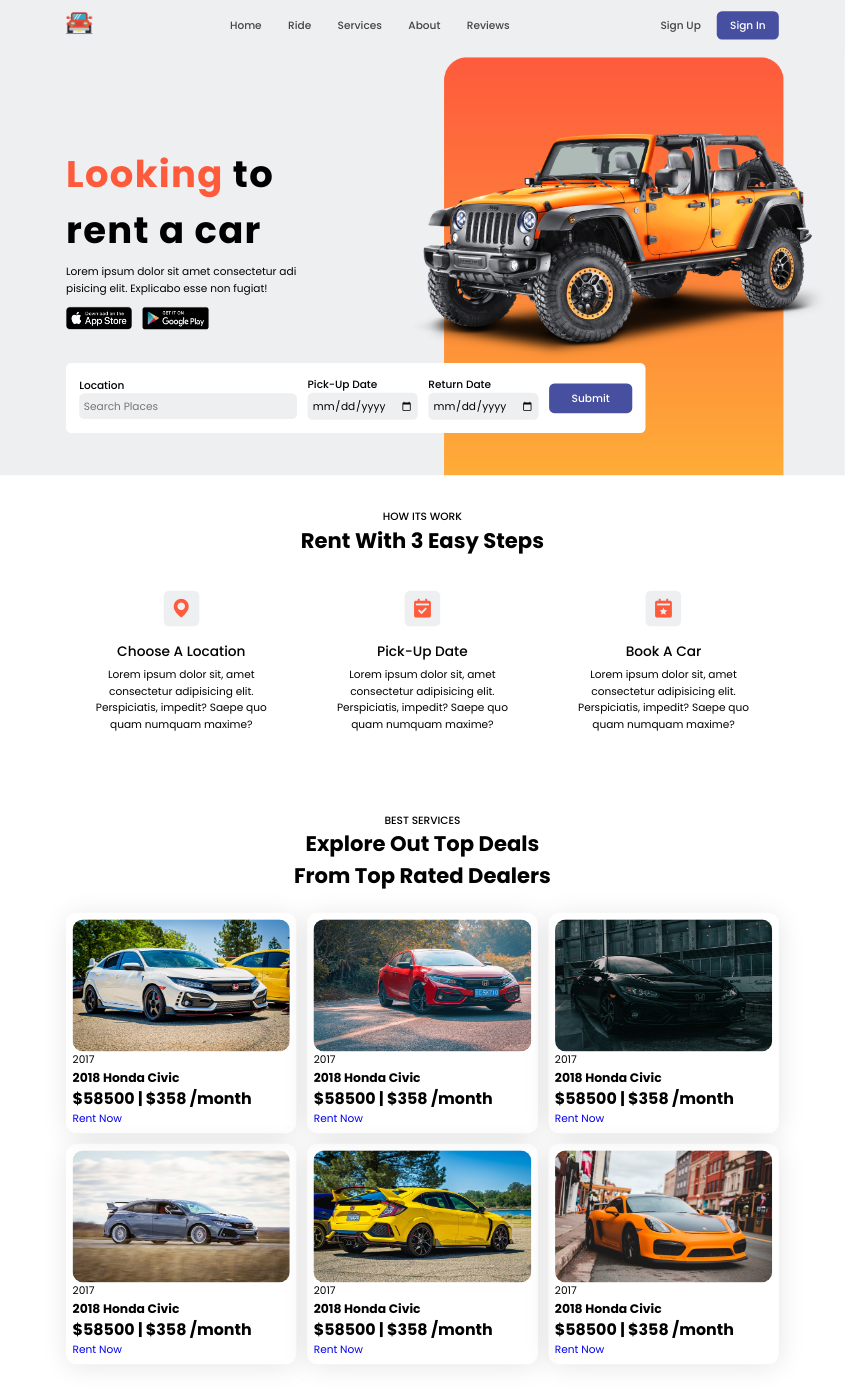
Repository: douglasabnovato/car-rental
Page: index.html
These files come from the project's save history. The page is drawn as it stood at one moment and after the next save; the edit follows.
The browser window is 1280 px wide. The pictures show the whole page, at 66% of full size.

Above is the page before, as saved 2025-05-16 15:11:24.

### index.html
<!DOCTYPE html>
<html lang="en">
  <head>
    <meta charset="UTF-8" />
    <meta name="viewport" content="width=device-width, initial-scale=1.0" />
    <title>Car Rental</title>
    <link
      rel="stylesheet"
      href="https://cdn.jsdelivr.net/npm/boxicons@latest/css/boxicons.min.css"
    />
    <link rel="stylesheet" href="./style.css" />
  </head>
  <body>
    <!-- Header -->
    <header>
      <a href="#" class="logo"
        ><img src="./assets/jeep.png" alt="logo da car rental" srcset=""
      /></a>
      <div class="bx bx-menu" id="menu-icon"></div>
      <ul class="navbar">
        <li><a href="#home">Home</a></li>
        <li><a href="#ride">Ride</a></li>
        <li><a href="#services">Services</a></li>
        <li><a href="#about">About</a></li>
        <li><a href="#reviews">Reviews</a></li>
      </ul>
      <div class="header-btn">
        <a href="#" class="sign-up">Sign Up</a>
        <a href="#" class="sign-in">Sign In</a>
      </div>
    </header>

    <!-- Home -->
    <section class="home" id="home">
      <div class="text">
        <h1>
          <span>Looking</span> to <br />
          rent a car
        </h1>
        <p>
          Lorem ipsum dolor sit amet consectetur adi <br />
          pisicing elit. Explicabo esse non fugiat!
        </p>
        <div class="app-stores">
          <img src="./assets/ios.png" alt="" />
          <img src="./assets/play.png" alt="" />
        </div>
      </div>
      <div class="form-container">
        <form action="">
          <div class="input-box">
            <span>Location</span>
            <input type="search" name="" id="" placeholder="Search Places" />
          </div>
          <div class="input-box">
            <span>Pick-Up Date</span>
            <input type="date" name="" id="" />
          </div>
          <div class="input-box">
            <span>Return Date</span>
            <input type="date" name="" id="" />
          </div>
          <input type="submit" name="" id="" class="btn" />
        </form>
      </div>
    </section>

    <!-- Ride -->
    <section class="ride" id="ride">
      <div class="heading">
        <span>How Its Work</span>
        <h1>Rent With 3 Easy Steps</h1>
      </div>
      <div class="ride-container">
        <div class="box">
          <i class="bx bxs-map"></i>
          <h2>Choose A Location</h2>
          <p>
            Lorem ipsum dolor sit, amet consectetur adipisicing elit.
            Perspiciatis, impedit? Saepe quo quam numquam maxime?
          </p>
        </div>
        <div class="box">
          <i class="bx bxs-calendar-check"></i>
          <h2>Pick-Up Date</h2>
          <p>
            Lorem ipsum dolor sit, amet consectetur adipisicing elit.
            Perspiciatis, impedit? Saepe quo quam numquam maxime?
          </p>
        </div>
        <div class="box">
          <i class="bx bxs-calendar-star"></i>
          <h2>Book A Car</h2>
          <p>
            Lorem ipsum dolor sit, amet consectetur adipisicing elit.
            Perspiciatis, impedit? Saepe quo quam numquam maxime?
          </p>
        </div>
      </div>
    </section>

    <!-- Services -->
    <section class="services" id="services">
      <div class="heading">
        <span>Best Services</span>
        <h1>
          Explore Out Top Deals <br />
          From Top Rated Dealers
        </h1>
      </div>
      <div class="services-container">
        <div class="box">
          <div class="box-img">
            <img src="./assets/car1.jpg" alt="car1" />
          </div>
          <p>2017</p>
          <h3>2018 Honda Civic</h3>
          <h2>$58500 | $358 <span> /month</span></h2>
          <a href="#" class="btn">Rent Now</a>
        </div>

        <div class="box">
          <div class="box-img">
            <img src="./assets/car2.jpg" alt="car1" />
          </div>
          <p>2017</p>
          <h3>2018 Honda Civic</h3>
          <h2>$58500 | $358 <span> /month</span></h2>
          <a href="#" class="btn">Rent Now</a>
        </div>

        <div class="box">
          <div class="box-img">
            <img src="./assets/car3.jpg" alt="car1" />
          </div>
          <p>2017</p>
          <h3>2018 Honda Civic</h3>
          <h2>$58500 | $358 <span> /month</span></h2>
          <a href="#" class="btn">Rent Now</a>
        </div>

        <div class="box">
          <div class="box-img">
            <img src="./assets/car4.jpg" alt="car1" />
          </div>
          <p>2017</p>
          <h3>2018 Honda Civic</h3>
          <h2>$58500 | $358 <span> /month</span></h2>
          <a href="#" class="btn">Rent Now</a>
        </div>

        <div class="box">
          <div class="box-img">
            <img src="./assets/car5.jpg" alt="car1" />
          </div>
          <p>2017</p>
          <h3>2018 Honda Civic</h3>
          <h2>$58500 | $358 <span> /month</span></h2>
          <a href="#" class="btn">Rent Now</a>
        </div>

        <div class="box">
          <div class="box-img">
            <img src="./assets/car6.jpg" alt="car1" />
          </div>
          <p>2017</p>
          <h3>2018 Honda Civic</h3>
          <h2>$58500 | $358 <span> /month</span></h2>
          <a href="#" class="btn">Rent Now</a>
        </div>
      </div>
    </section>

    <!-- Link to JS -->
    <script src="./script.js"></script>
  </body>
</html>

### style.css
@import url("https://fonts.googleapis.com/css2?family=Noto+Sans:ital,wght@0,100..900;1,100..900&family=Poppins:ital,wght@0,100;0,200;0,300;0,400;0,500;0,600;0,700;0,800;0,900;1,100;1,200;1,300;1,400;1,500;1,600;1,700;1,800;1,900&display=swap");

* {
  margin: 0;
  padding: 0;
  box-sizing: border-box;
  scroll-padding-top: 2rem;
  scroll-behavior: smooth;
  list-style: none;
  text-decoration: none;
  font-family: "Poppins", sans-serif;
}

:root {
  --main-color: #fe5b3d;
  --second-color: #ffac38;
  --text-color: #444;
  --gradient: linear-gradient(#fe5b3d, #ffac38);
}

html::-webkit-scrollbar {
  width: 0.5rem;
}

html::-webkit-scrollbar-track {
  background: transparent;
}

html::-webkit-scrollbar-thumb {
  background: var(--main-color);
  border-radius: 5rem;
}

section {
  padding: 50px 100px;
}

/* Header */

header {
  position: fixed;
  width: 100%;
  top: 0;
  right: 0;
  z-index: 1000;
  display: flex;
  align-items: center;
  justify-content: space-between;
  background: #eeeff1;
  padding: 15px 100px;
}

.logo img {
  width: 40px;
}

.navbar {
  display: flex;
}

.navbar li {
  position: relative;
}

.navbar a {
  font-size: 1rem;
  padding: 10px 20px;
  color: var(--text-color);
  font-weight: 500;
}

.navbar a:after {
  content: "";
  width: 0;
  height: 3px;
  background: var(--gradient);
  position: absolute;
  bottom: -4px;
  left: 0;
  transition: 0.5s;
}

.navbar a:hover::after {
  width: 100%;
}

#menu-icon {
  font-size: 24px;
  cursor: pointer;
  z-index: 10001;
  display: none;
}

.header-btn a {
  padding: 10px 20px;
  color: var(--text-color);
  font-weight: 500;
}

.header-btn .sign-in {
  background: #474fa0;
  color: #fff;
  border-radius: 0.5rem;
}

.header-btn .sign-in:hover {
  background: var(--main-color);
}

/* Home */
.home {
  width: 100%;
  min-height: 100vh;
  position: relative;
  background: url(./assets/Car\ Website\ –\ 1@2x.png);
  background-repeat: no-repeat;
  background-position: center right;
  background-size: cover;
  display: grid;
  align-items: center;
  grid-template-columns: repeat(2, 1fr);
}

.text h1 {
  font-size: 3.5rem;
  letter-spacing: 2px;
}

.text span {
  color: var(--main-color);
}

.text p {
  margin: 0.5rem 0 1rem;
}

.app-stores {
  display: flex;
}

.app-stores img {
  width: 100px;
  margin-right: 1rem;
  cursor: pointer;
}

.form-container form {
  display: flex;
  flex-wrap: wrap;
  align-items: center;
  gap: 1rem;
  position: absolute;
  bottom: 4rem;
  left: 100px;
  background: #fff;
  padding: 20px;
  border-radius: 0.5rem;
}

.input-box {
  flex: 1 1 7rem;
  display: flex;
  flex-direction: column;
}

.input-box span {
  font-weight: 500;
}

.input-box input {
  padding: 7px;
  outline: none;
  border: none;
  background: #eeeff1;
  border-radius: 0.5rem;
  font-size: 1rem;
}

.form-container form .btn {
  flex: 1 1 7rem;
  padding: 10px 34px;
  border: none;
  border-radius: 0.5rem;
  background: #474fa0;
  color: #fff;
  font-size: 1rem;
  font-weight: 500;
}

.form-container form .btn:hover {
  background: var(--main-color);
  cursor: pointer;
}

/* Ride */
.heading {
  text-align: center;
}

.heading span {
  font-weight: 500;
  text-transform: uppercase;
}

.heading h1 {
  font-size: 2rem;
}

.ride-container {
  display: grid;
  align-items: center;
  grid-template-columns: repeat(auto-fit, minmax(250px, auto));
  gap: 1rem;
  margin-top: 2rem;
}

.ride-container .box {
  text-align: center;
  padding: 20px;
}

.ride-container .box .bx {
  font-size: 34px;
  padding: 10px;
  background: #eeeff1;
  border-radius: 0.5rem;
  color: var(--main-color);
}

.ride-container .box h2 {
  font-size: 1.3rem;
  font-weight: 500;
  margin: 1.4rem 0 0.5rem;
}

.ride-container .box .bx:hover,
.ride-container .box .bx .bxs-calendar-star {
  background: var(--gradient);
  color: #fff;
}

/* Services */
.services-container {
  display: grid;
  grid-template-columns: repeat(auto-fit, minmax(300px, auto));
  gap: 1rem;
  margin-top: 2rem;
}

.services-container .box {
  padding: 10px;
  border-radius: 1rem;
  box-shadow: 1px 4px 41px rgba(0, 0, 0, 0.1);
}

.services-container .box .box-img {
  width: 100%;
  height: 200px;
}

.services-container .box .box-img img {
  width: 100%;
  height: 100%;
  border-radius: 1rem;
}

Loaded but not shown: script.js (no stored copy; drawn as an empty file)

After the next save:
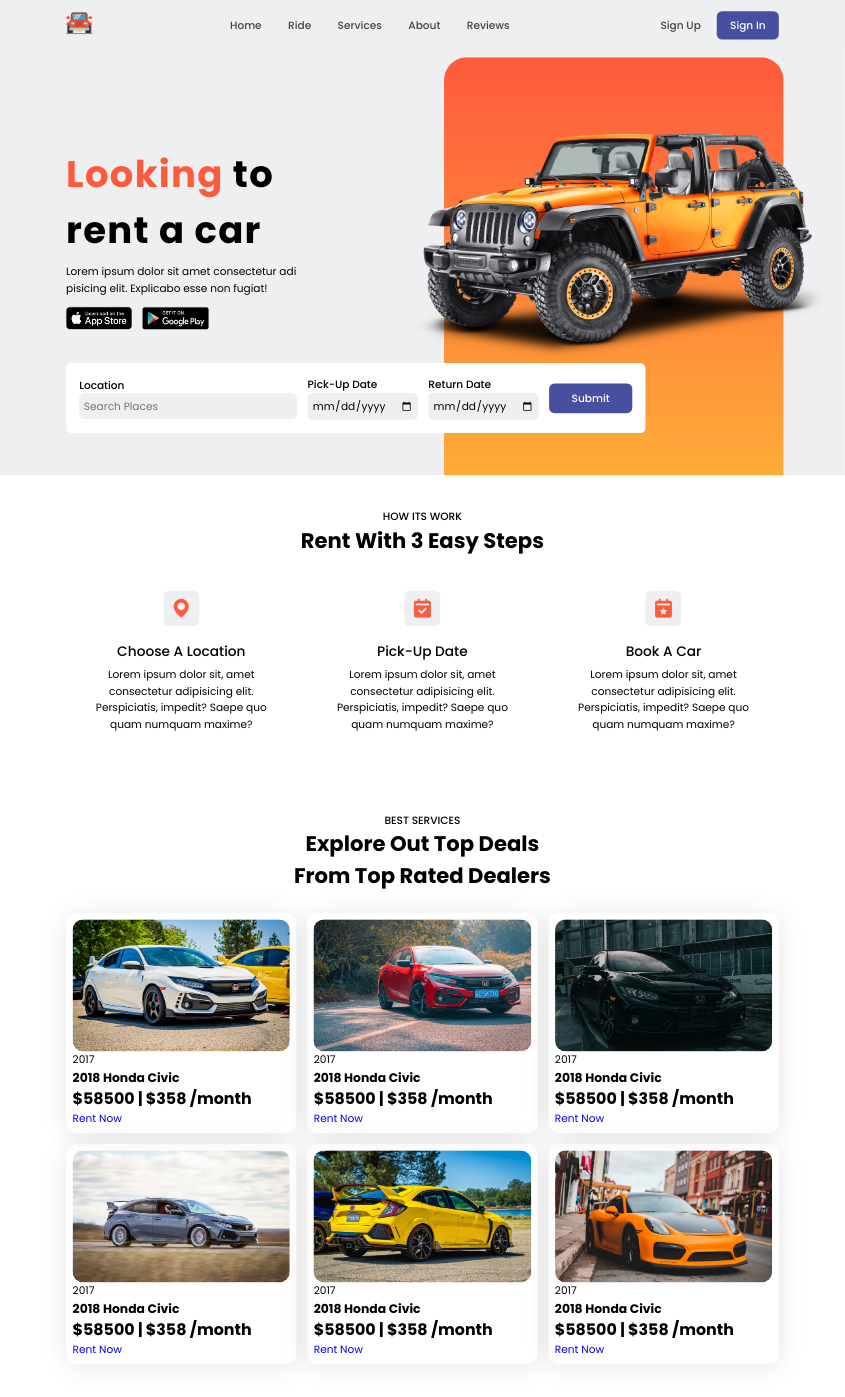
Saved 73 s later.
--- a/style.css
+++ b/style.css
@@ -262,4 +262,6 @@ header {
   width: 100%;
   height: 100%;
   border-radius: 1rem;
-}
+  object-fit: cover;
+  object-position: center;
+}
